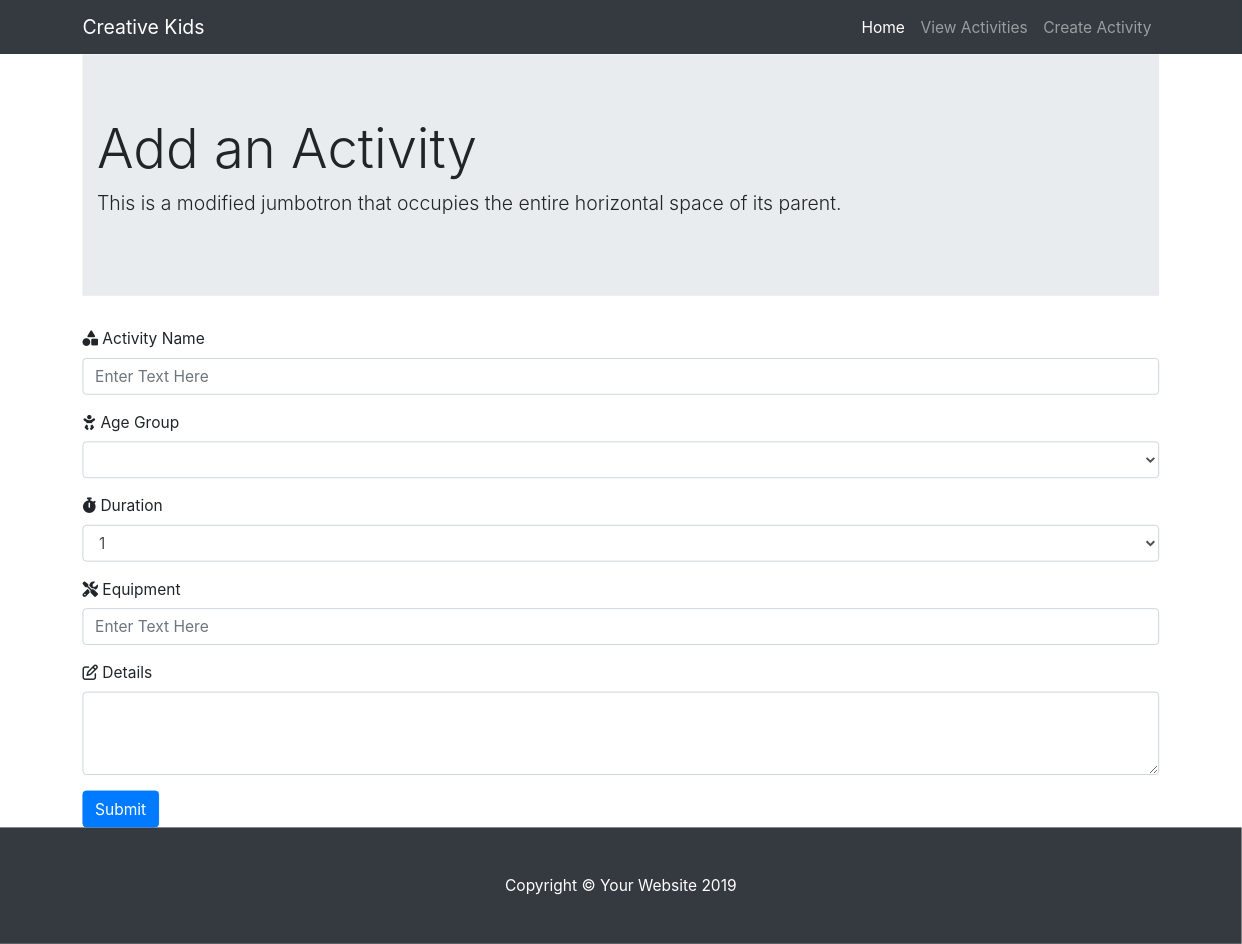
Repository: Neilfoster/milestone_project_3
Page: http://localhost/add_activity
The author's editor kept a record of every edit. The page is drawn from the files as they stood at one moment, then again after the next edit.
The browser window is 1280 px wide. The pictures show the whole page, at 97% of full size.
Some web libraries are served in a nearby version. The page is served by the project's application, run on Flask 3 (app.py). Queries for data that is not in the repository find no rows.

Above is the page before.

### templates/add_activity.html
{% extends "base.html" %} {% block content %}
<div class="container">
    <!-- Heading -->
    <div class="jumbotron jumbotron-fluid">
        <div class="container">
            <h1 class="display-4">Add an Activity</h1>
            <p class="lead">This is a modified jumbotron that occupies the entire horizontal space of its parent.</p>
        </div>
    </div>

    <!--forum -->
    <form action="" method="POST">
        <div class="form-group">
            <i class="fas fa-shapes fa-1x"></i>
            <label for="exampleFormControlInput1">Activity Name</label>
            <input type="text" class="form-control" id="exampleFormControlInput1" placeholder="Enter Text Here">
        </div>
        <div class="form-group">
            <i class="fas fa-baby"></i>
            <label for="exampleFormControlSelect1">Age Group</label>
            <select class="form-control" id="age_group" name="age_group">
               {% for age in ages %}
               <option value="{{age.age_group}}">{{age.age_group}}</option>
               {% endfor %}
            </select>
        </div>
        <div class="form-group">
            <i class="fas fa-stopwatch"></i>
            <label for="exampleFormControlSelect1">Duration</label>
            <select class="form-control" id="exampleFormControlSelect1">
               <option value="">1</option>

            </select>
        </div>
        <div class="form-group">
            <i class="fas fa-tools"></i>
            <label for="exampleFormControlInput1">Equipment</label>
            <input type="text" class="form-control" id="exampleFormControlInput1" placeholder="Enter Text Here">
        </div>

        <div class="form-group">
            <i class="far fa-edit"></i>
            <label for="exampleFormControlTextarea1">Details</label>
            <textarea class="form-control" id="exampleFormControlTextarea1" rows="3"></textarea>
        </div>
        <button type="button" class="btn btn-primary">Submit</button>
</div>
</form>
{% endblock %}

### templates/base.html
<!DOCTYPE html>
<html lang="en">

<head>

  <meta charset="utf-8">
  <meta name="viewport" content="width=device-width, initial-scale=1, shrink-to-fit=no">
  <meta name="description" content="">
  <meta name="author" content="">

  <title>Creative Kids</title>

  <!-- Bootstrap core CSS -->
  <link href="static/css/bootstrap.min.css" rel="stylesheet">

  <!-- CDN for Bootstrap core CSS -->
  <!-- <link rel="stylesheet" href="https://stackpath.bootstrapcdn.com/bootstrap/4.3.1/css/bootstrap.min.css" type="text/css" /> -->

  <!-- Custom styles for this template -->
  <link href="static/css/small-business.css" rel="stylesheet">

</head>

<body>

  <!-- Navigation -->
  <nav class="navbar navbar-expand-lg navbar-dark bg-dark fixed-top">
    <div class="container">
      <a class="navbar-brand" href="#">Creative Kids</a>
      <button class="navbar-toggler" type="button" data-toggle="collapse" data-target="#navbarResponsive" aria-controls="navbarResponsive" aria-expanded="false" aria-label="Toggle navigation">
        <span class="navbar-toggler-icon"></span>
      </button>
      <div class="collapse navbar-collapse" id="navbarResponsive">
        <ul class="navbar-nav ml-auto">
          <li class="nav-item active">
            <a class="nav-link" href="#">Home
              <span class="sr-only">(current)</span>
            </a>
          </li>
          <li class="nav-item">
            <a class="nav-link" href="#">View Activities</a>
          </li>
          <li class="nav-item">
            <a class="nav-link" href="#">Create Activity</a>
          </li>

        </ul>
      </div>
    </div>
  </nav>

  {% block content %} {% endblock %}



  <!-- Footer -->
  <footer class="py-5 bg-dark">
    <div class="container">
      <p class="m-0 text-center text-white">Copyright &copy; Your Website 2019</p>
    </div>
    <!-- /.container -->
  </footer>


  <!-- Bootstrap core JavaScript -->
  <script src="static/js/jquery.min.js"></script>
  <script src="static/js/bootstrap.bundle.min.js"></script>

<!-- Font Awesome js-->
  <script src="https://kit.fontawesome.com/8aa891fdce.js" crossorigin="anonymous"></script>
</body>

</html>

### app.py
import os
from flask import Flask, render_template, redirect, request, url_for
from flask_pymongo import PyMongo
from bson.objectid import ObjectId

app = Flask(__name__)

app.config["MONGO_DBNAME"] = 'milestoneproject3me'
app.config["MONGO_URI"] = os.environ.get('mongo_uri')

mongo = PyMongo(app)

@app.route('/')
@app.route('/home')
def get_activities():
    return render_template("home.html",
    activities=mongo.db.Activities.find())

@app.route('/activity_view')
def activity_view():
    return render_template('activity_view.html',activities=mongo.db.Activities.find(), ages=mongo.db.ages.age_group.find())

@app.route('/add_activity')
def add_activity():
    return render_template('add_activity.html',
    ages=mongo.db.ages.find(),
    duration=mongo.db.duration.find())

@app.route('/insert_activity', methods=['POST'])
def insert_activity():
    activities=mongo.db.Activities
    activities.insert_one(request.form.to_dict())
    return redirect(url_for('activity_view'))


if __name__ == "__main__":
    app.run(host=os.environ.get('IP'),
        port=int(os.environ.get('PORT')),
        debug=True)

Loaded but not shown: static/css/bootstrap.min.css (library); static/css/small-business.css (common file); static/js/jquery.min.js (library); static/js/bootstrap.bundle.min.js (library)

After the next edit:
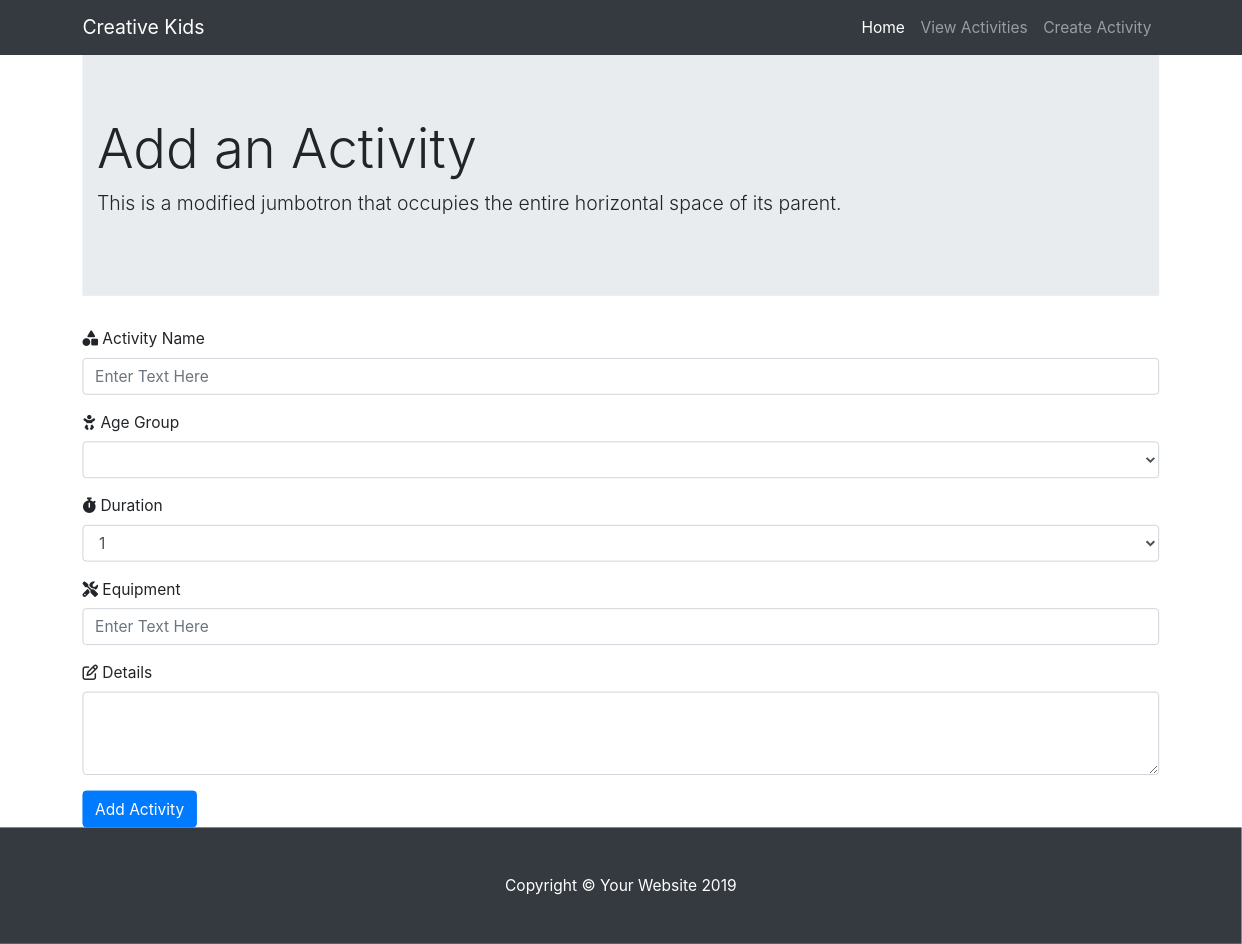
The edit:
--- a/templates/add_activity.html
+++ b/templates/add_activity.html
@@ -43,7 +43,7 @@
             <label for="exampleFormControlTextarea1">Details</label>
             <textarea class="form-control" id="exampleFormControlTextarea1" rows="3"></textarea>
         </div>
-        <button type="button" class="btn btn-primary">Submit</button>
+        <button class="btn btn-primary" type="submit" name="action">Add Activity</button>
 </div>
 </form>
 {% endblock %}
